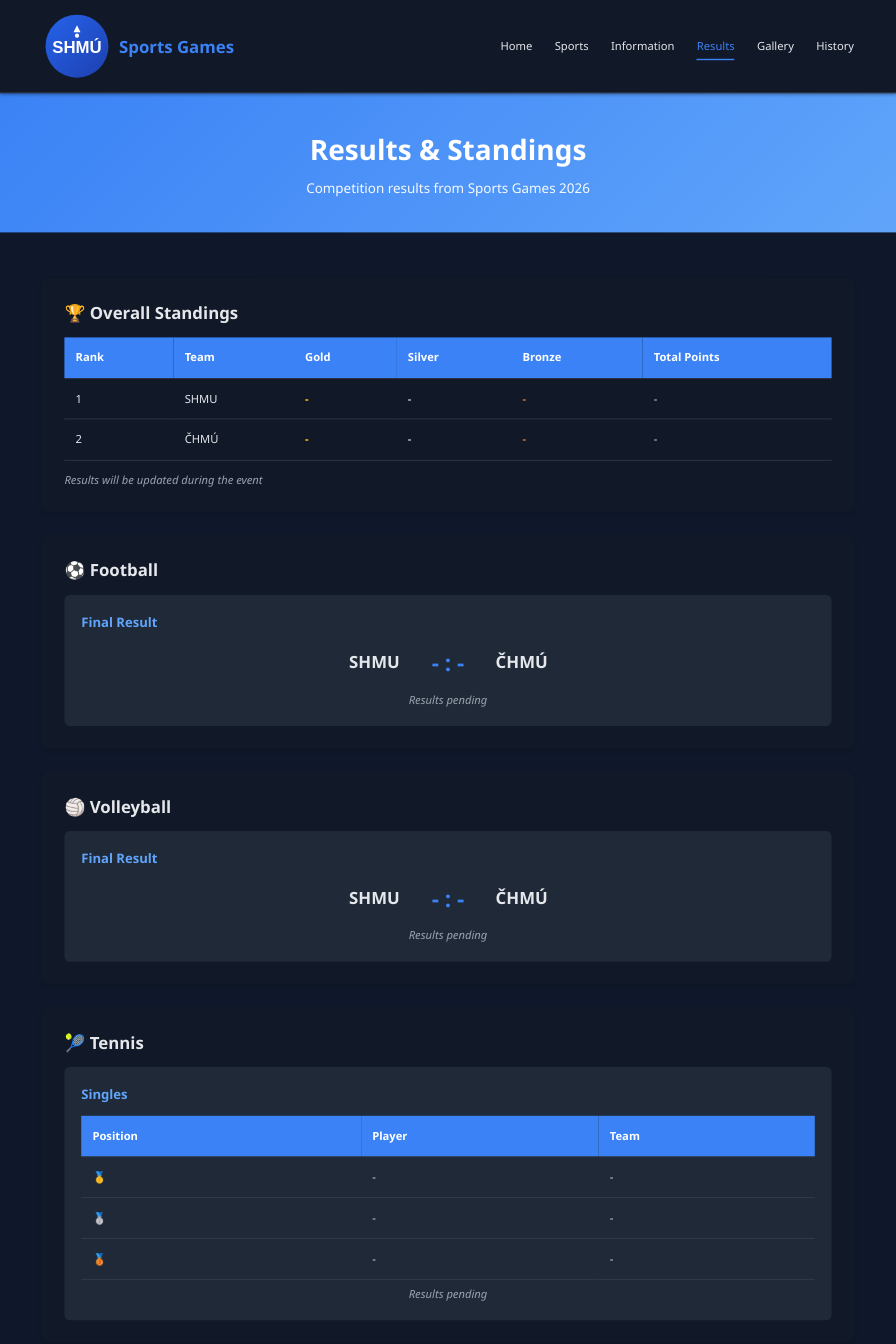
Repository: samiljimari/SHMU-web
Page: results.html
An editor plug-in stored every save of this project. The page is shown before and after the next save, followed by the edit.
The browser window is 1280 px wide. The pictures show the part of the page from y = 0 to 1920 px (the page is 3787 px tall before and 3725 px after), at 70% of full size.

Above is the page before, as saved 2026-01-13 09:37:55.

### results.html
<!DOCTYPE html>
<html lang="en">
<head>
    <meta charset="UTF-8">
    <meta name="viewport" content="width=device-width, initial-scale=1.0">
    <title>Results - SHMU Sports Games 2026</title>
    <link rel="stylesheet" href="css/style.css">
</head>
<body>
    <header>
        <nav class="navbar">
            <div class="container">
                <div class="logo">
                    <img src="img/logo.svg" alt="SHMU Logo">
                    <h1>Sports Games</h1>
                </div>
                <ul class="nav-menu">
                    <li><a href="index.html">Home</a></li>
                    <li><a href="sports.html">Sports</a></li>
                    <li><a href="info.html">Information</a></li>
                    <li><a href="results.html" class="active">Results</a></li>
                    <li><a href="gallery.html">Gallery</a></li>
                    <li><a href="history.html">History</a></li>
                </ul>
                <div class="hamburger">
                    <span></span>
                    <span></span>
                    <span></span>
                </div>
            </div>
        </nav>
    </header>

    <main>
        <section class="page-header">
            <div class="container">
                <h1>Results & Standings</h1>
                <p>Competition results from Sports Games 2026</p>
            </div>
        </section>

        <section class="results-content">
            <div class="container">
                <div class="overall-standings">
                    <h2>🏆 Overall Standings</h2>
                    <table class="results-table">
                        <thead>
                            <tr>
                                <th>Rank</th>
                                <th>Team</th>
                                <th>Gold</th>
                                <th>Silver</th>
                                <th>Bronze</th>
                                <th>Total Points</th>
                            </tr>
                        </thead>
                        <tbody>
                            <tr>
                                <td>1</td>
                                <td>SHMU</td>
                                <td class="medal-gold">-</td>
                                <td class="medal-silver">-</td>
                                <td class="medal-bronze">-</td>
                                <td>-</td>
                            </tr>
                            <tr>
                                <td>2</td>
                                <td>ČHMÚ</td>
                                <td class="medal-gold">-</td>
                                <td class="medal-silver">-</td>
                                <td class="medal-bronze">-</td>
                                <td>-</td>
                            </tr>
                        </tbody>
                    </table>
                    <p class="results-note"><em>Results will be updated during the event</em></p>
                </div>

                <div class="sport-results">
                    <h2>⚽ Football</h2>
                    <div class="result-box">
                        <h3>Final Result</h3>
                        <p class="score-display">
                            <span class="team">SHMU</span>
                            <span class="score">- : -</span>
                            <span class="team">ČHMÚ</span>
                        </p>
                        <p class="status">Results pending</p>
                    </div>
                </div>

                <div class="sport-results">
                    <h2>🏐 Volleyball</h2>
                    <div class="result-box">
                        <h3>Final Result</h3>
                        <p class="score-display">
                            <span class="team">SHMU</span>
                            <span class="score">- : -</span>
                            <span class="team">ČHMÚ</span>
                        </p>
                        <p class="status">Results pending</p>
                    </div>
                </div>

                <div class="sport-results">
                    <h2>🎾 Tennis</h2>
                    <div class="result-box">
                        <h3>Singles</h3>
                        <table class="results-table">
                            <thead>
                                <tr>
                                    <th>Position</th>
                                    <th>Player</th>
                                    <th>Team</th>
                                </tr>
                            </thead>
                            <tbody>
                                <tr>
                                    <td>🥇</td>
                                    <td>-</td>
                                    <td>-</td>
                                </tr>
                                <tr>
                                    <td>🥈</td>
                                    <td>-</td>
                                    <td>-</td>
                                </tr>
                                <tr>
                                    <td>🥉</td>
                                    <td>-</td>
                                    <td>-</td>
                                </tr>
                            </tbody>
                        </table>
                        <p class="status">Results pending</p>
                    </div>
                </div>

                <div class="sport-results">
                    <h2>🏓 Table Tennis</h2>
                    <div class="result-box">
                        <h3>Tournament Results</h3>
                        <table class="results-table">
                            <thead>
                                <tr>
                                    <th>Position</th>
                                    <th>Player</th>
                                    <th>Team</th>
                                </tr>
                            </thead>
                            <tbody>
                                <tr>
                                    <td>🥇</td>
                                    <td>-</td>
                                    <td>-</td>
                                </tr>
                                <tr>
                                    <td>🥈</td>
                                    <td>-</td>
                                    <td>-</td>
                                </tr>
                                <tr>
                                    <td>🥉</td>
                                    <td>-</td>
                                    <td>-</td>
                                </tr>
                            </tbody>
                        </table>
                        <p class="status">Results pending</p>
                    </div>
                </div>

                <div class="sport-results">
                    <h2>🏸 Badminton</h2>
                    <div class="result-box">
                        <h3>Singles & Doubles</h3>
                        <p class="status">Results pending</p>
                    </div>
                </div>

                <div class="sport-results">
                    <h2>♟️ Chess</h2>
                    <div class="result-box">
                        <h3>Tournament Results</h3>
                        <table class="results-table">
                            <thead>
                                <tr>
                                    <th>Position</th>
                                    <th>Player</th>
                                    <th>Team</th>
                                    <th>Points</th>
                                </tr>
                            </thead>
                            <tbody>
                                <tr>
                                    <td>🥇</td>
                                    <td>-</td>
                                    <td>-</td>
                                    <td>-</td>
                                </tr>
                                <tr>
                                    <td>🥈</td>
                                    <td>-</td>
                                    <td>-</td>
                                    <td>-</td>
                                </tr>
                                <tr>
                                    <td>🥉</td>
                                    <td>-</td>
                                    <td>-</td>
                                    <td>-</td>
                                </tr>
                            </tbody>
                        </table>
                        <p class="status">Results pending</p>
                    </div>
                </div>

                <div class="sport-results">
                    <h2>🏃 Running</h2>
                    <div class="result-box">
                        <h3>Track Events</h3>
                        <p class="status">Results pending</p>
                    </div>
                </div>
            </div>
        </section>
    </main>

    <footer>
        <div class="container">
            <p>&copy; 2026 Slovak Hydrometeorological Institute</p>
            <p>XXXII. Sports Games SHMU & CHMI</p>
        </div>
    </footer>

    <script src="js/script.js"></script>
</body>
</html>

Loaded but not shown: img/logo.svg (23 lines, source omitted); js/script.js (157 lines, source omitted); css/style.css (922 lines, source omitted)

After the next save:
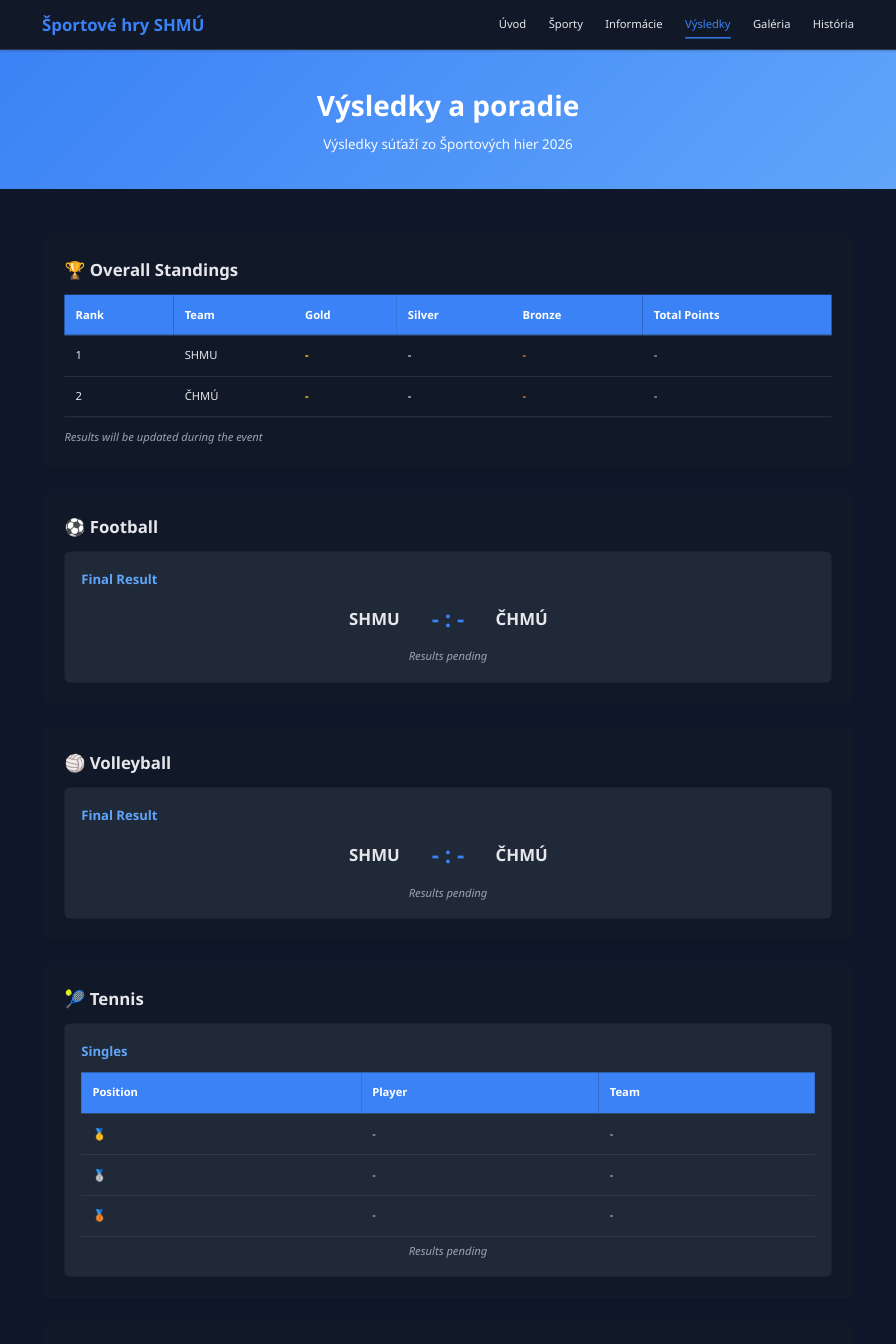
Saved 14 s later.
--- a/results.html
+++ b/results.html
@@ -1,9 +1,9 @@
 <!DOCTYPE html>
-<html lang="en">
+<html lang="sk">
 <head>
     <meta charset="UTF-8">
     <meta name="viewport" content="width=device-width, initial-scale=1.0">
-    <title>Results - SHMU Sports Games 2026</title>
+    <title>Výsledky - Športové hry SHMÚ 2026</title>
     <link rel="stylesheet" href="css/style.css">
 </head>
 <body>
@@ -11,16 +11,15 @@
         <nav class="navbar">
             <div class="container">
                 <div class="logo">
-                    <img src="img/logo.svg" alt="SHMU Logo">
-                    <h1>Sports Games</h1>
+                    <h1>Športové hry SHMÚ</h1>
                 </div>
                 <ul class="nav-menu">
-                    <li><a href="index.html">Home</a></li>
-                    <li><a href="sports.html">Sports</a></li>
-                    <li><a href="info.html">Information</a></li>
-                    <li><a href="results.html" class="active">Results</a></li>
-                    <li><a href="gallery.html">Gallery</a></li>
-                    <li><a href="history.html">History</a></li>
+                    <li><a href="index.html">Úvod</a></li>
+                    <li><a href="sports.html">Športy</a></li>
+                    <li><a href="info.html">Informácie</a></li>
+                    <li><a href="results.html" class="active">Výsledky</a></li>
+                    <li><a href="gallery.html">Galéria</a></li>
+                    <li><a href="history.html">História</a></li>
                 </ul>
                 <div class="hamburger">
                     <span></span>
@@ -34,8 +33,8 @@
     <main>
         <section class="page-header">
             <div class="container">
-                <h1>Results & Standings</h1>
-                <p>Competition results from Sports Games 2026</p>
+                <h1>Výsledky a poradie</h1>
+                <p>Výsledky súťaží zo Športových hier 2026</p>
             </div>
         </section>
 
